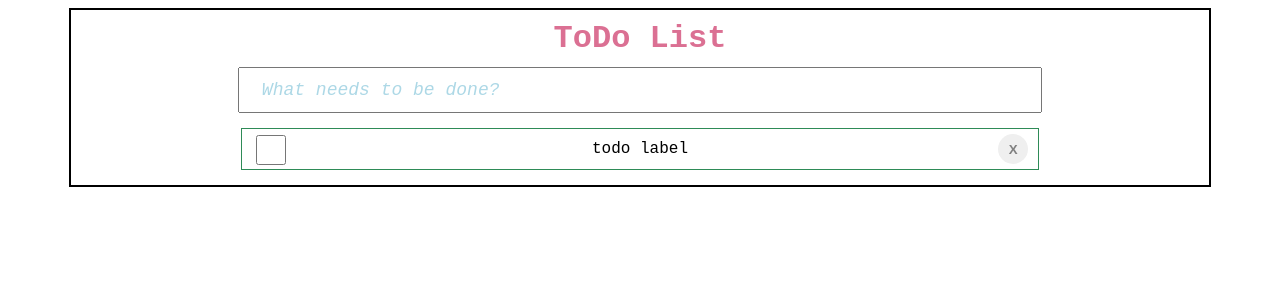
Repository: litalsh/To-Do-List
Page: index.html
These files come from the project's save history. The page is drawn as it stood at one moment and after the next save; the edit follows.
The browser window is 1280 px wide. The pictures show the whole page.

Above is the page before, as saved 2019-10-24 19:08:35.

After the next save:
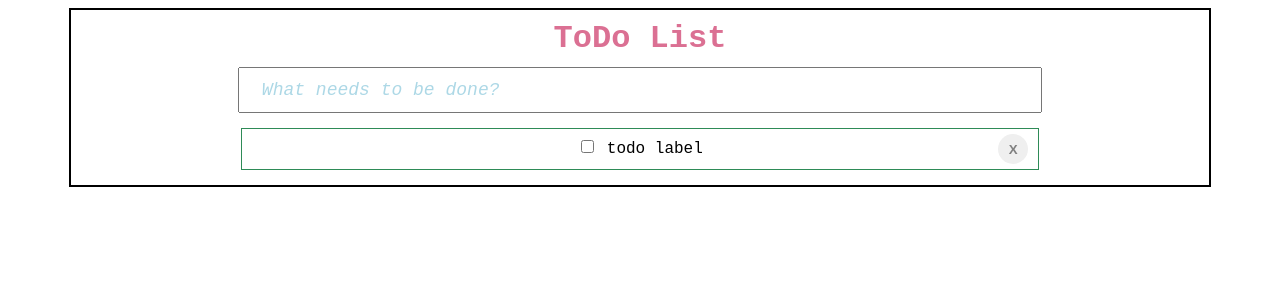
Saved 3 s later.
--- a/style.css
+++ b/style.css
@@ -45,7 +45,7 @@ body{
       position: relative;
   }
 
-  #checked{
+  .checked{
       width: 30px;
       height: 30px;
       position: absolute;

After the save that followed:
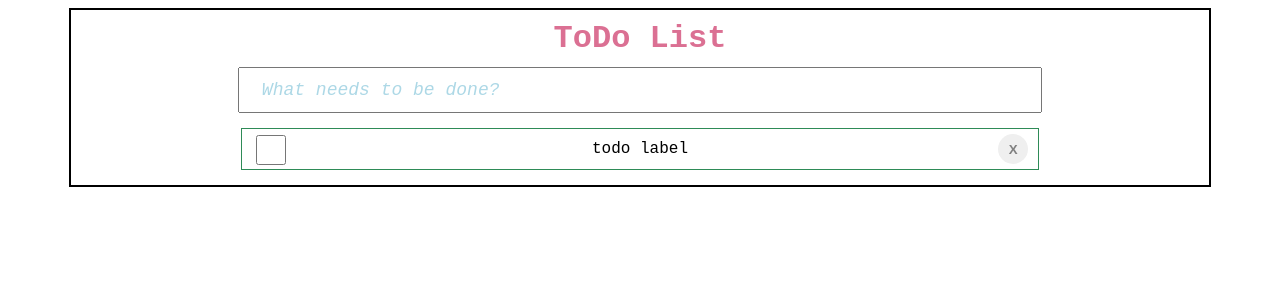
Saved 5 s later.
--- a/index.html
+++ b/index.html
@@ -17,7 +17,7 @@
         </header>
         <ul class="todo_list">
             <li class="todo_item">
-                <input type="checkbox" id="checked">
+                <input type="checkbox" class="checked">
                 <label>todo label</label>
                 <button class="remove">X</button>
             </li>
